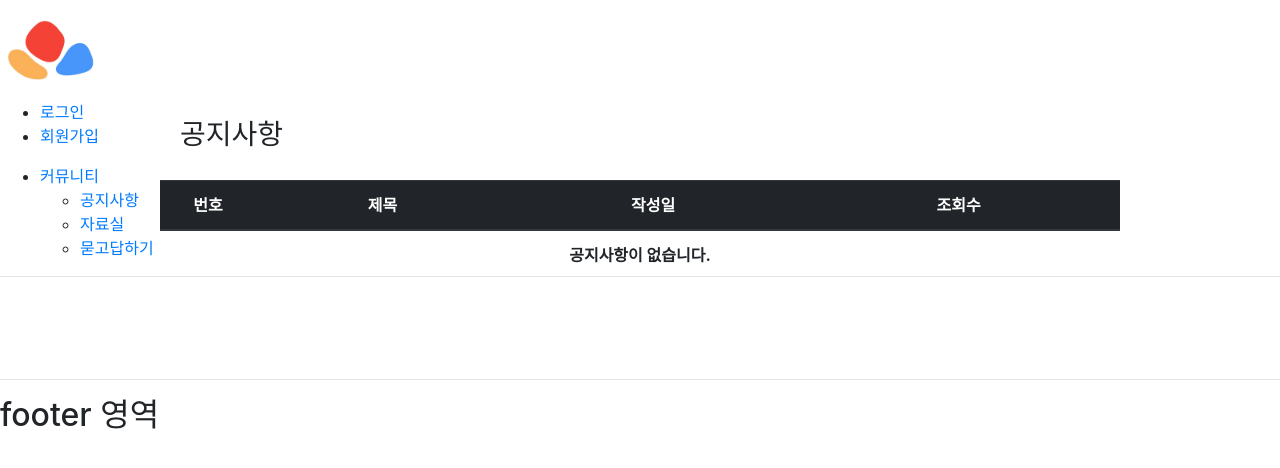
Repository: rnjsmj/pro01
Page: http://localhost/pro01/notice/noticeList.jsp
An editor plug-in stored every save of this project. The page is shown before and after the next save, followed by the edit.
The browser window is 1280 px wide. The pictures show the whole page.
The page is served by Tomcat 9. Nobody is signed in. The application's start-up code is not run. The template is opened directly, without the code that normally fills it, so the values that code supplies are empty.

Above is the page before, as saved 2024-04-14 12:57:59.

After the next save:
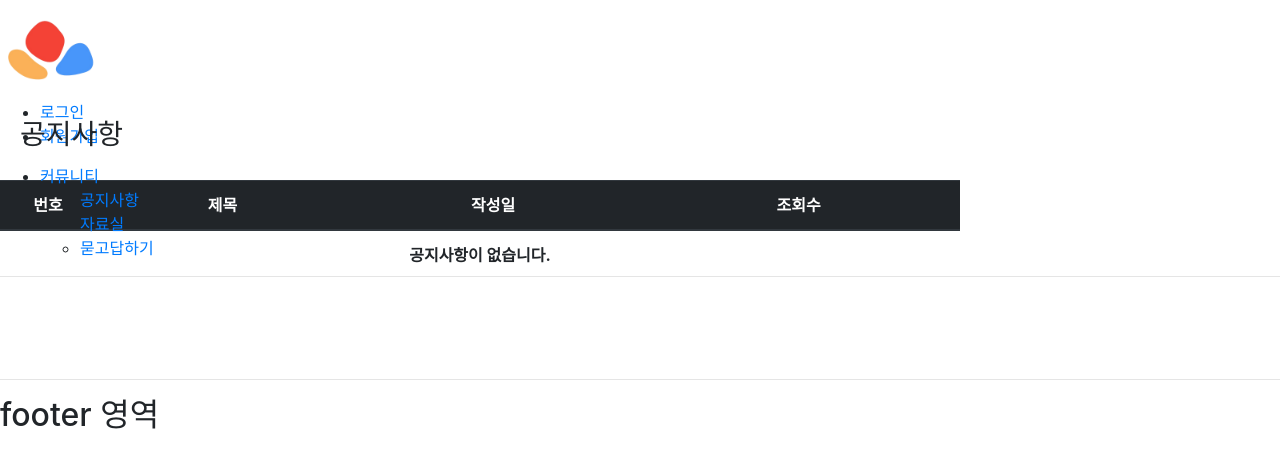
Saved 18 s later.
--- a/pro01/WebContent/notice/noticeList.jsp
+++ b/pro01/WebContent/notice/noticeList.jsp
@@ -13,7 +13,7 @@
 	.page {text-align:center; justify-content:center; }
 	.page_title {text-align:left; width:960px; margin:auto;  padding-top:1em; padding-bottom:1em; padding-left:20px;}
 	.div-table { text-align:center; justify-center:center;  margin-bottom: 100px; }
-
+	.div-page {text-align:center; justify-center:center; width:960px;}
 	.table {text-align:center; max-width:960px; margin: 0 auto; min-width:724px;}
 	.buttons { text-align:right; width:960px; margin : auto;}
 	.div-button {text-align:center;}

After the 2 saves that followed:
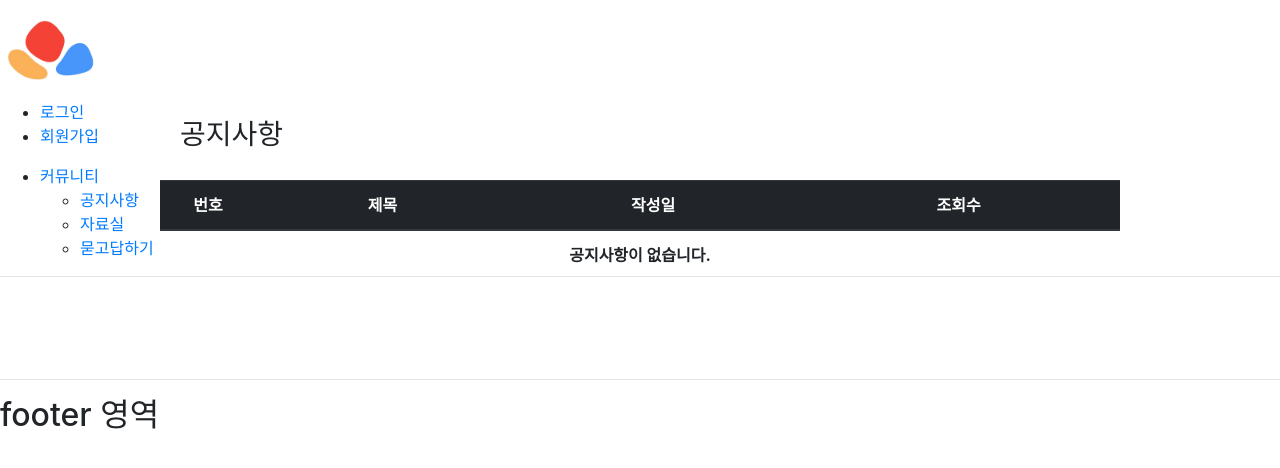
The 2 saves are shown as one change because 1 left the picture as it was.
The last was saved 28 s later.
--- a/pro01/WebContent/notice/noticeList.jsp
+++ b/pro01/WebContent/notice/noticeList.jsp
@@ -13,8 +13,8 @@
 	.page {text-align:center; justify-content:center; }
 	.page_title {text-align:left; width:960px; margin:auto;  padding-top:1em; padding-bottom:1em; padding-left:20px;}
 	.div-table { text-align:center; justify-center:center;  margin-bottom: 100px; }
-	.div-page {text-align:center; justify-center:center; width:960px;}
-	.table {text-align:center; max-width:960px; margin: 0 auto; min-width:724px;}
+	.div-page {text-align:center; justify-center:center;}
+	.table {text-align:center; width:960px; margin: 0 auto; min-width:724px;}
 	.buttons { text-align:right; width:960px; margin : auto;}
 	.div-button {text-align:center;}
 	.buttons a { margin-right:30px;}
